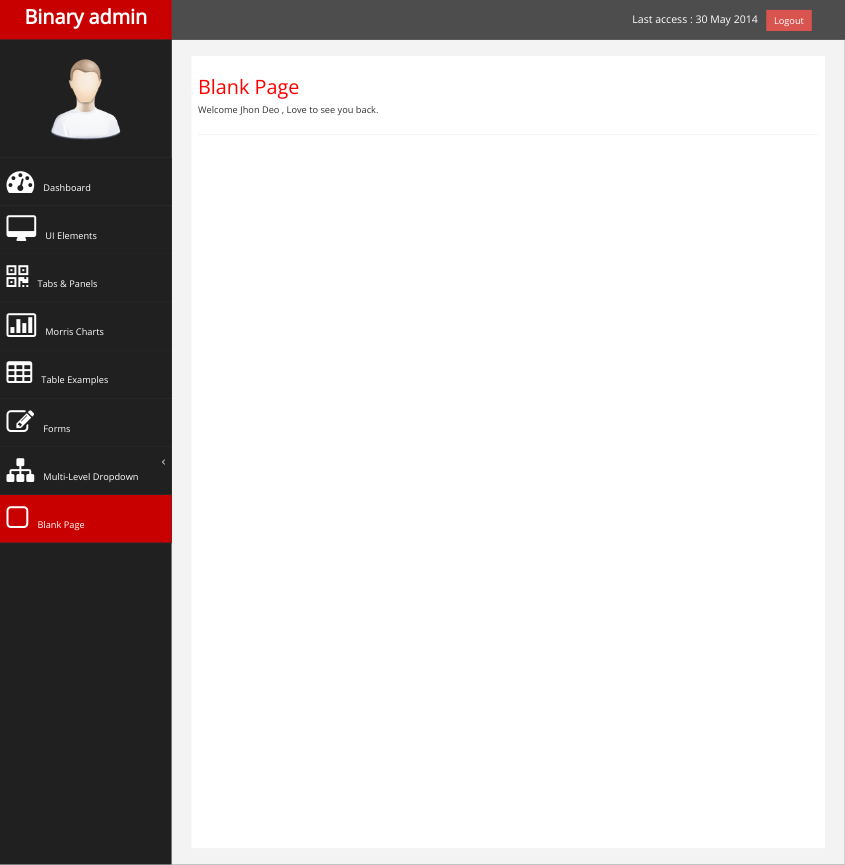
Repository: rauru008/EAD-da-WMBarros
Page: Financeiro/blank.html
The author's editor kept a copy of each file at every save. The page is drawn from the files as they stood at one save, then again after the next save.
The browser window is 1280 px wide. The pictures show the whole page, at 66% of full size.

Above is the page before, as saved 2025-05-06 17:30:47.
Console error: ReferenceError: Morris is not defined

### Financeiro/blank.html
<!DOCTYPE html>
<html xmlns="http://www.w3.org/1999/xhtml">
<head>
      <meta charset="utf-8" />
    <meta name="viewport" content="width=device-width, initial-scale=1.0" />
    <title>Free Bootstrap Admin Template : Binary Admin</title>
	<!-- BOOTSTRAP STYLES-->
    <link href="assets/css/bootstrap.css" rel="stylesheet" />
     <!-- FONTAWESOME STYLES-->
    <link href="assets/css/font-awesome.css" rel="stylesheet" />
        <!-- CUSTOM STYLES-->
    <link href="assets/css/custom.css" rel="stylesheet" />
     <!-- GOOGLE FONTS-->
   <link href='http://fonts.googleapis.com/css?family=Open+Sans' rel='stylesheet' type='text/css' />
</head>
<body>
    <div id="wrapper">
        <nav class="navbar navbar-default navbar-cls-top " role="navigation" style="margin-bottom: 0">
            <div class="navbar-header">
                <button type="button" class="navbar-toggle" data-toggle="collapse" data-target=".sidebar-collapse">
                    <span class="sr-only">Toggle navigation</span>
                    <span class="icon-bar"></span>
                    <span class="icon-bar"></span>
                    <span class="icon-bar"></span>
                </button>
                <a class="navbar-brand" href="index.html">Binary admin</a>
            </div>
  <div style="color: white;
padding: 15px 50px 5px 50px;
float: right;
font-size: 16px;"> Last access : 30 May 2014 &nbsp; <a href="#" class="btn btn-danger square-btn-adjust">Logout</a> </div>
        </nav>
           <!-- /. NAV TOP  -->
                <nav class="navbar-default navbar-side" role="navigation">
            <div class="sidebar-collapse">
                <ul class="nav" id="main-menu">
				<li class="text-center">
                    <img src="assets/img/find_user.png" class="user-image img-responsive"/>
					</li>


                    <li>
                        <a  href="index.html"><i class="fa fa-dashboard fa-3x"></i> Dashboard</a>
                    </li>
                      <li>
                        <a  href="ui.html"><i class="fa fa-desktop fa-3x"></i> UI Elements</a>
                    </li>
                    <li>
                        <a  href="tab-panel.html"><i class="fa fa-qrcode fa-3x"></i> Tabs & Panels</a>
                    </li>
						   <li  >
                        <a  href="chart.html"><i class="fa fa-bar-chart-o fa-3x"></i> Morris Charts</a>
                    </li>
                      <li  >
                        <a  href="table.html"><i class="fa fa-table fa-3x"></i> Table Examples</a>
                    </li>
                    <li  >
                        <a  href="form.html"><i class="fa fa-edit fa-3x"></i> Forms </a>
                    </li>


                    <li>
                        <a href="#"><i class="fa fa-sitemap fa-3x"></i> Multi-Level Dropdown<span class="fa arrow"></span></a>
                        <ul class="nav nav-second-level">
                            <li>
                                <a href="#">Second Level Link</a>
                            </li>
                            <li>
                                <a href="#">Second Level Link</a>
                            </li>
                            <li>
                                <a href="#">Second Level Link<span class="fa arrow"></span></a>
                                <ul class="nav nav-third-level">
                                    <li>
                                        <a href="#">Third Level Link</a>
                                    </li>
                                    <li>
                                        <a href="#">Third Level Link</a>
                                    </li>
                                    <li>
                                        <a href="#">Third Level Link</a>
                                    </li>

                                </ul>

                            </li>
                        </ul>
                      </li>
                  <li  >
                        <a class="active-menu"  href="blank.html"><i class="fa fa-square-o fa-3x"></i> Blank Page</a>
                    </li>

                </ul>

            </div>

        </nav>
        <!-- /. NAV SIDE  -->
        <div id="page-wrapper" >
            <div id="page-inner">
                <div class="row">
                    <div class="col-md-12">
                     <h2>Blank Page</h2>
                        <h5>Welcome Jhon Deo , Love to see you back. </h5>

                    </div>
                </div>
                 <!-- /. ROW  -->
                 <hr />

    </div>
             <!-- /. PAGE INNER  -->
            </div>
         <!-- /. PAGE WRAPPER  -->
        </div>
     <!-- /. WRAPPER  -->
    <!-- SCRIPTS -AT THE BOTOM TO REDUCE THE LOAD TIME-->
    <!-- JQUERY SCRIPTS -->
    <script src="assets/js/jquery-1.10.2.js"></script>
      <!-- BOOTSTRAP SCRIPTS -->
    <script src="assets/js/bootstrap.min.js"></script>
    <!-- METISMENU SCRIPTS -->
    <script src="assets/js/jquery.metisMenu.js"></script>
      <!-- CUSTOM SCRIPTS -->
    <script src="assets/js/custom.js"></script>


</body>
</html>

### Financeiro/assets/css/custom.css

/*=============================================================
    Authour URI: www.binarycart.com
    License: Commons Attribution 3.0

    http://creativecommons.org/licenses/by/3.0/

    100% To use For Personal And Commercial Use.
    IN EXCHANGE JUST GIVE US CREDITS AND TELL YOUR FRIENDS ABOUT US

    ========================================================  */
/*==============================================
    GENERAL  STYLES
    =============================================*/
body {
    font-family: 'Open Sans', sans-serif;
}

 #wrapper {
    width: 100%;
    background:#202020;
}

#page-wrapper {
    padding: 15px 15px;
    min-height: 600px;
    background:#F3F3F3;

}
#page-inner {
    width:100%;
    margin:10px 20px 10px 0px;
    background-color:#fff!important;
    padding:10px;
    min-height:1200px;
}

.text-center {
    text-align:center;
}
.no-boder {
    border:1px solid #f3f3f3;
}
h2 {
    color: #f00;
}
h4 {
    padding-top:10px;
}
.square-btn-adjust {
    border: 0px solid transparent;
   -webkit-border-radius: 0px;
-moz-border-radius: 0px;
border-radius: 0px;

}
p {
    font-size:16px;
    line-height:25px;
    padding-top:20px;
}
/*==============================================
   DASHBOARD STYLES
    =============================================*/
.panel-back {
    background-color:#F8F8F8;

}
   .noti-box {
min-height: 100px;
padding: 20px;
}

    .noti-box .icon-box {
display: block;
float: left;
margin: 0 15px 10px 0;
width: 70px;
height: 70px;
line-height: 75px;
vertical-align: middle;
text-align: center;
font-size: 40px;
}
.text-box p{
    margin: 0 0 3px;
}
.main-text {
    font-size: 25px;
    font-weight:600;
}
.set-icon {
    -webkit-border-radius: 50px;
-moz-border-radius: 50px;
border-radius: 50px;

}
    .bg-color-green {
background-color: #00CE6F;
color: #fff;
}
 .bg-color-blue {
background-color: #A95DF0;
color: #fff;
}
  .bg-color-red {
background-color: #DB0630;
color: #fff;
}
  .bg-color-brown {
background-color: #B94A00;
color: #fff;
}


 .icon-box-right {
display: block;
float: right;
margin: 0 15px 10px 0;
width: 70px;
height: 70px;
line-height: 75px;
vertical-align: middle;
text-align: center;
font-size: 40px;
}

 .main-temp-back {
background: #8702A8;
color: #FFFFFF;
font-size: 16px;
font-weight: 300;
text-align: center;
}
 .main-temp-back .text-temp {
font-size: 40px;
}
.back-dash {
    padding:20px;
    font-size:20px;
    font-weight:500;
      -webkit-border-radius: 0px;
-moz-border-radius: 0px;
border-radius: 0px;
background-color:#2EA7EB;
color:#fff;
}
    .back-dash p {
        padding-top:16px;
        font-size:13px;
        color:#fff;
        line-height:25px;
        text-align:justify;
    }
    .back-footer-green {
    background-color: #009B50;
    border-top: 0px solid #fff;
}
     .back-footer-red {
    background-color: #AF0000;
    border-top: 0px solid #fff;
}
     .color-bottom-txt {
   color: #000;
font-size: 16px;
line-height: 30px;
}
     /*CHAT PANEL*/
 .chat-panel .panel-body {
height: 450px;
overflow-y: scroll;
}
 .chat-box {
margin: 0;
padding: 0;
list-style: none;
}
 .chat-box li {
margin-bottom: 15px;
padding-bottom: 5px;
border-bottom: 1px dotted #808080;
}
 .chat-box li.left .chat-body {
margin-left: 90px;
}
 .chat-box li .chat-body p {
margin: 0;
color: #8d8888;
}
.chat-img>img {
    margin-left:20px;
}

/*==============================================
    MENU STYLES
    =============================================*/


.user-image {
    margin: 25px auto;
-webkit-border-radius: 10px;
-moz-border-radius: 10px;
border-radius: 10px;
max-height:170px;
max-width:170px;
}

.navbar-cls-top .navbar-brand {
	color: #fff;
background: #C90000;
width: 260px;
text-align: center;
height: 60px;
font-size: 30px;
font-weight: 700;
}
.active-menu {
    background-color:#C90000!important;
}

.arrow {
    float: right;
}

.fa.arrow:before {
    content: "\f104";
}

.active > a > .fa.arrow:before {
    content: "\f107";
}


.nav-second-level li,
.nav-third-level li {
    border-bottom: none !important;
}

.nav-second-level li a {
    padding-left: 37px;
}

.nav-third-level li a {
    padding-left: 55px;
}
.sidebar-collapse , .sidebar-collapse .nav{
	background:none;
}
.sidebar-collapse .nav {
	padding:0;
}
.sidebar-collapse .nav > li > a {
	color:#fff;
	background:#202020;
	text-shadow:none;

}
.sidebar-collapse > .nav > li > a {
	padding:15px 10px;
}
.sidebar-collapse > .nav > li {
	border-bottom: 1px solid rgba(107, 108, 109, 0.19);
}
.sidebar-collapse .nav > li > a:hover,
.sidebar-collapse .nav > li > a:focus {

	background:#0A0A0A;
	outline:0;
}

.nav-second-level > li > a:before ,
.nav-third-level > li > a:before {
	content:"";
	display:block;
	position:absolute;
	left:20px;
	width:15px;
	height:1px;
	background:#ff0000;
	top:20px;
}
.nav-second-level > li > a:after,
.nav-third-level > li > a:after {
	content:"";
	display:block;
	position:absolute;
	left:20px;
	width:1px;
	height:100%;
	background:#ff0000;
	top:0px;
	z-index:10;
}
.nav-second-level  > li:last-child > a:after,
.nav-third-level  > li:last-child > a:after {
	height:50%;
}
.nav-third-level > li > a:after,
.nav-third-level > li > a:before  {
	left:40px;
}
.navbar-side {
	border:none;
	background-color: #202020;

}
.navbar-cls-top {
	background:#4D4D4D;
	border-bottom:none;

}
.navbar-cls-top .navbar-brand:hover {

background: #C90000;
color:#fff;

}

.navbar-default {
border:0px solid black;

}
.navbar-header {
    background: #A70303;
}
.navbar-default .navbar-toggle:hover, .navbar-default .navbar-toggle:focus {
background-color: #B40101;
}
.navbar-default .navbar-toggle {
border-color: #fff;
}

.navbar-default .navbar-toggle .icon-bar {
background-color: #FFF;
}
.nav > li > a > i {
    margin-right:10px;
}
/*==============================================
    UI ELEMENTS STYLES
    =============================================*/
.btn-circle {
width: 50px;
height: 50px;
padding: 6px 0;
 -webkit-border-radius: 25px;
-moz-border-radius: 25px;
border-radius: 25px;
text-align: center;
font-size: 12px;
line-height: 1.428571429;
}

/*==============================================
    MEDIA QUERIES
    =============================================*/

 @media(min-width:768px) {
     #page-wrapper{
               margin: 0 0 0 260px;
        padding: 15px 30px;
        min-height: 1200px;

    }


    .navbar-side {
        z-index: 1;
        position: absolute;
        width: 260px;
    }

   .navbar {
 border-radius: 0px;
}

}

### Financeiro/assets/js/custom.js



/*=============================================================
    Authour URI: www.binarycart.com
    License: Commons Attribution 3.0

    http://creativecommons.org/licenses/by/3.0/

    100% To use For Personal And Commercial Use.
    IN EXCHANGE JUST GIVE US CREDITS AND TELL YOUR FRIENDS ABOUT US

    ========================================================  */


(function ($) {
    "use strict";
    var mainApp = {

        main_fun: function () {
            /*====================================
            METIS MENU
            ======================================*/
            $('#main-menu').metisMenu();

            /*====================================
              LOAD APPROPRIATE MENU BAR
           ======================================*/
            $(window).bind("load resize", function () {
                if ($(this).width() < 768) {
                    $('div.sidebar-collapse').addClass('collapse')
                } else {
                    $('div.sidebar-collapse').removeClass('collapse')
                }
            });

            /*====================================
            MORRIS BAR CHART
         ======================================*/
            Morris.Bar({
                element: 'morris-bar-chart',
                data: [{
                    y: '2006',
                    a: 100,
                    b: 90
                }, {
                    y: '2007',
                    a: 75,
                    b: 65
                }, {
                    y: '2008',
                    a: 50,
                    b: 40
                }, {
                    y: '2009',
                    a: 75,
                    b: 65
                }, {
                    y: '2010',
                    a: 50,
                    b: 40
                }, {
                    y: '2011',
                    a: 75,
                    b: 65
                }, {
                    y: '2012',
                    a: 100,
                    b: 90
                }],
                xkey: 'y',
                ykeys: ['a', 'b'],
                labels: ['Series A', 'Series B'],
                hideHover: 'auto',
                resize: true
            });

            /*====================================
          MORRIS DONUT CHART
       ======================================*/
            Morris.Donut({
                element: 'morris-donut-chart',
                data: [{
                    label: "Download Sales",
                    value: 12
                }, {
                    label: "In-Store Sales",
                    value: 30
                }, {
                    label: "Mail-Order Sales",
                    value: 20
                }],
                resize: true
            });

            /*====================================
         MORRIS AREA CHART
      ======================================*/

            Morris.Area({
                element: 'morris-area-chart',
                data: [{
                    period: '2010 Q1',
                    iphone: 2666,
                    ipad: null,
                    itouch: 2647
                }, {
                    period: '2010 Q2',
                    iphone: 2778,
                    ipad: 2294,
                    itouch: 2441
                }, {
                    period: '2010 Q3',
                    iphone: 4912,
                    ipad: 1969,
                    itouch: 2501
                }, {
                    period: '2010 Q4',
                    iphone: 3767,
                    ipad: 3597,
                    itouch: 5689
                }, {
                    period: '2011 Q1',
                    iphone: 6810,
                    ipad: 1914,
                    itouch: 2293
                }, {
                    period: '2011 Q2',
                    iphone: 5670,
                    ipad: 4293,
                    itouch: 1881
                }, {
                    period: '2011 Q3',
                    iphone: 4820,
                    ipad: 3795,
                    itouch: 1588
                }, {
                    period: '2011 Q4',
                    iphone: 15073,
                    ipad: 5967,
                    itouch: 5175
                }, {
                    period: '2012 Q1',
                    iphone: 10687,
                    ipad: 4460,
                    itouch: 2028
                }, {
                    period: '2012 Q2',
                    iphone: 8432,
                    ipad: 5713,
                    itouch: 1791
                }],
                xkey: 'period',
                ykeys: ['iphone', 'ipad', 'itouch'],
                labels: ['iPhone', 'iPad', 'iPod Touch'],
                pointSize: 2,
                hideHover: 'auto',
                resize: true
            });

            /*====================================
    MORRIS LINE CHART
 ======================================*/
            Morris.Line({
                element: 'morris-line-chart',
                data: [{
                    y: '2006',
                    a: 100,
                    b: 90
                }, {
                    y: '2007',
                    a: 75,
                    b: 65
                }, {
                    y: '2008',
                    a: 50,
                    b: 40
                }, {
                    y: '2009',
                    a: 75,
                    b: 65
                }, {
                    y: '2010',
                    a: 50,
                    b: 40
                }, {
                    y: '2011',
                    a: 75,
                    b: 65
                }, {
                    y: '2012',
                    a: 100,
                    b: 90
                }],
                xkey: 'y',
                ykeys: ['a', 'b'],
                labels: ['Series A', 'Series B'],
                hideHover: 'auto',
                resize: true
            });


        },

        initialization: function () {
            mainApp.main_fun();

        }

    }
    // Initializing ///

    $(document).ready(function () {
        mainApp.main_fun();
    });

}(jQuery));

Loaded but not shown: Financeiro/assets/css/bootstrap.css (library); Financeiro/assets/css/font-awesome.css (library); Financeiro/assets/js/jquery-1.10.2.js (library); Financeiro/assets/js/bootstrap.min.js (library); Financeiro/assets/js/jquery.metisMenu.js (common file)

After the next save:
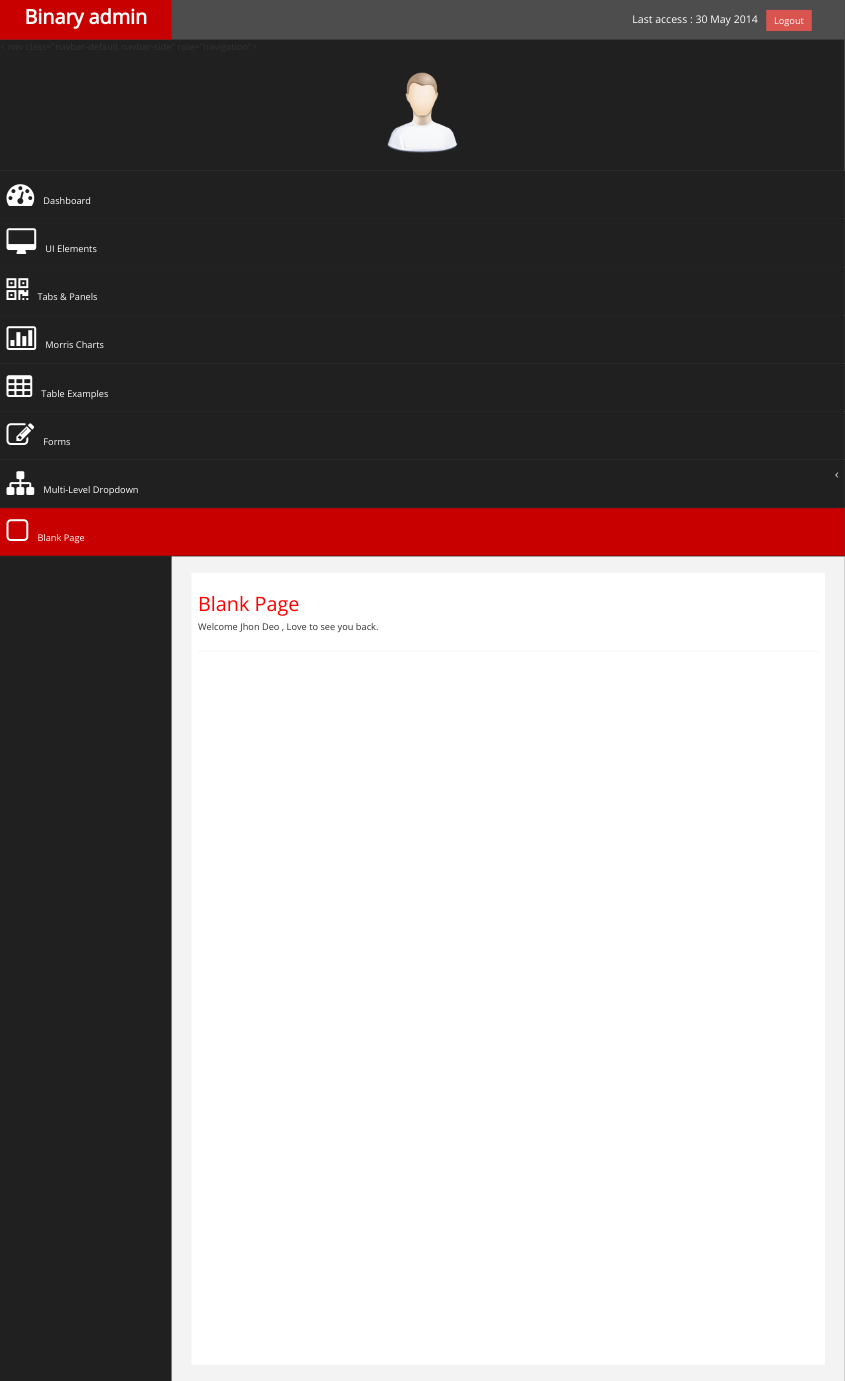
Saved 54 s later.
--- a/Financeiro/blank.html
+++ b/Financeiro/blank.html
@@ -31,7 +31,7 @@
 font-size: 16px;"> Last access : 30 May 2014 &nbsp; <a href="#" class="btn btn-danger square-btn-adjust">Logout</a> </div>
         </nav>
            <!-- /. NAV TOP  -->
-                <nav class="navbar-default navbar-side" role="navigation">
+                <   nav class="navbar-default navbar-side" role="navigation">
             <div class="sidebar-collapse">
                 <ul class="nav" id="main-menu">
 				<li class="text-center">

After the save that followed:
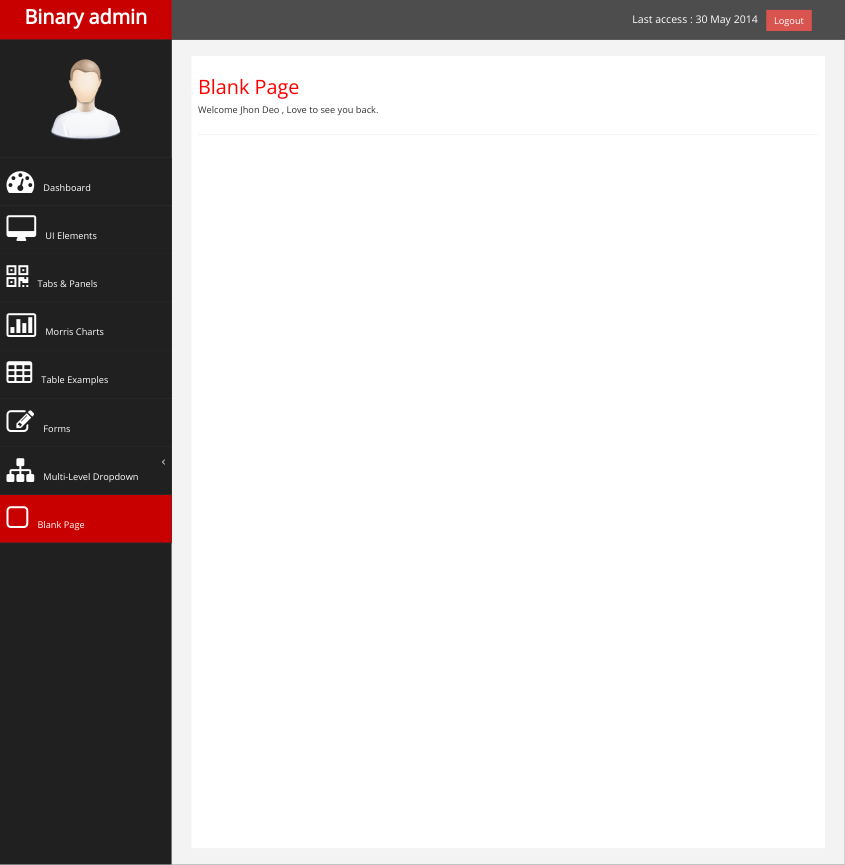
Saved 14 s later.
--- a/Financeiro/blank.html
+++ b/Financeiro/blank.html
@@ -31,7 +31,7 @@
 font-size: 16px;"> Last access : 30 May 2014 &nbsp; <a href="#" class="btn btn-danger square-btn-adjust">Logout</a> </div>
         </nav>
            <!-- /. NAV TOP  -->
-                <   nav class="navbar-default navbar-side" role="navigation">
+                <nav class="navbar-default navbar-side" role="navigation">
             <div class="sidebar-collapse">
                 <ul class="nav" id="main-menu">
 				<li class="text-center">
